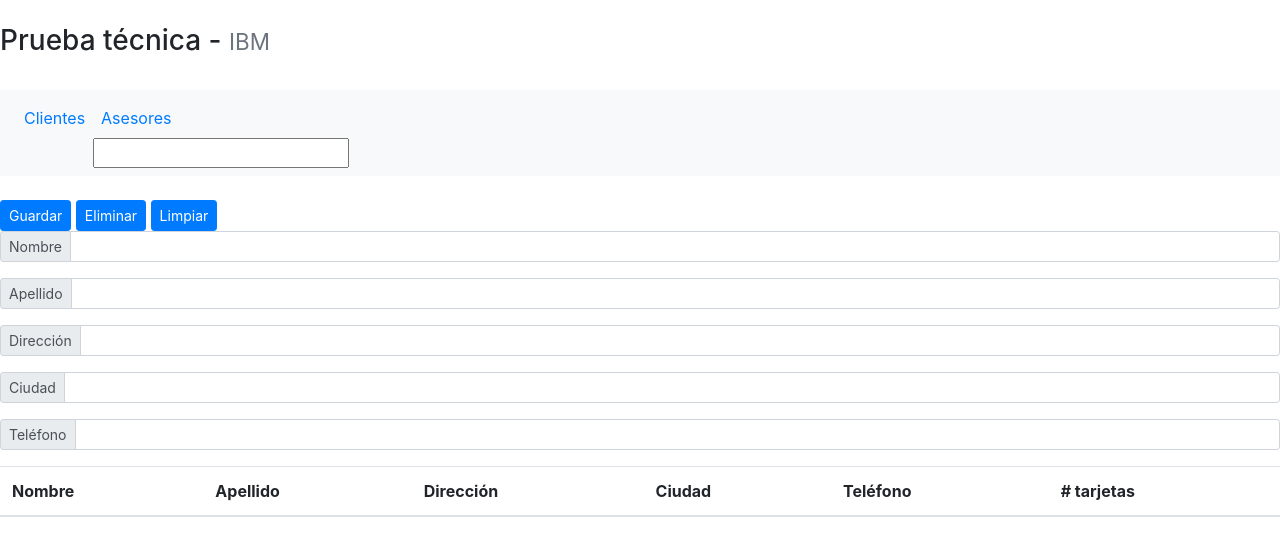
Repository: analozano16/ibm
Page: prueba_banco_war/src/main/webapp/index.html
The author's editor kept a copy of each file at every save. The page is drawn from the files as they stood at one save, then again after the next save.
The browser window is 1280 px wide. The pictures show the whole page.
Some web libraries are served in a nearby version.

Above is the page before, as saved 2020-02-02 22:04:53.

After the next save:
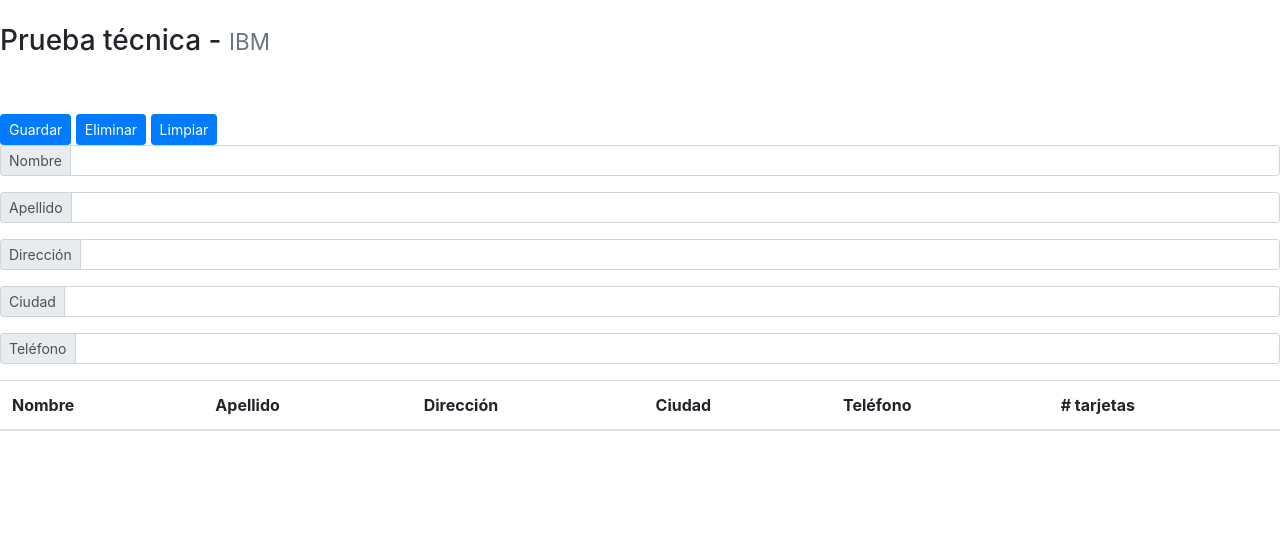
Saved 8 min 44 s later.
--- a/prueba_banco_war/src/main/webapp/index.html
+++ b/prueba_banco_war/src/main/webapp/index.html
@@ -22,19 +22,6 @@
   <small class="text-muted"> IBM</small>
 </h3>
 <br/>
-<nav class="navbar navbar-expand-sm bg-light justify-content-center">
-  <ul class="navbar-nav mr-auto">
-      <li class="nav-item active">
-        <a class="nav-link" href="#">Clientes <span class="sr-only">(current)</span></a>
-      </li>
-      <li class="nav-item">
-        <a class="nav-link" href="#">Asesores</a>
-        <input type = "text"/>
-      </li>
-  </ul>
-</nav>
-
-
 <br/>
 <button type="button" class="btn btn-primary btn-sm">Guardar</button>
 <button type="button" class="btn btn-primary btn-sm">Eliminar</button>
